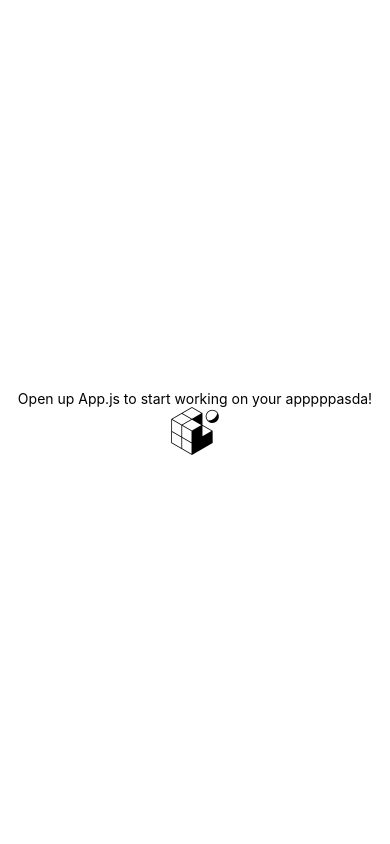
Repository: ntu34543/ReactNativeAndroid
Screen: /
The author's editor kept a copy of each file at every save. The screen is drawn from the files as they stood at one save, then again after a run of saves.
The app was drawn by React Native's web renderer in a window 390 px wide. The project was rebuilt for these pictures with package versions that can differ from the ones it lists, and the page was loaded fresh each time.

Above is the screen before, as saved 2022-09-23 16:35:47.

### App.js
import { StatusBar } from "expo-status-bar";
import { StyleSheet, Text, View, Button, Image, TextInput } from "react-native";

export default function App() {
  return (
    <View style={styles.container}>
      <Text>Open up App.js to start working on your apppppasda!</Text>
      <Image source={require("./assets/favicon.png")} />
      <View style={styles.body}>
        {/* <View>
          <TextInput style={styles.TextInput} placeholder="Email" />
          <Button title="Link" />
        </View>
        <View style={styles.btn}>
          <Button title="Link" />
        </View> */}
      </View>
      <StatusBar style="auto" />
    </View>
  );
}

const styles = StyleSheet.create({
  container: {
    flex: 1,
    backgroundColor: "#fff",
    alignItems: "center",
    justifyContent: "center",
  },
  body: {
    display: "flex",
    flexDirection: "row",
  },
  TextInput: {
    padding: 10,
    borderWidth: 1,
    borderColor: "black",
    width: 150,
  },
  btn: {
    width: 100,
  },
});

After the next 2 saves:
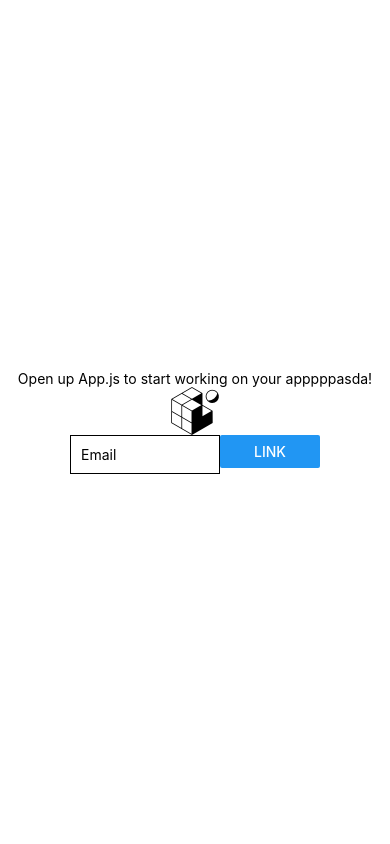
The 2 saves are shown as one change because they came seconds apart.
The last was saved 6 s later.
--- a/App.js
+++ b/App.js
@@ -7,13 +7,12 @@ export default function App() {
       <Text>Open up App.js to start working on your apppppasda!</Text>
       <Image source={require("./assets/favicon.png")} />
       <View style={styles.body}>
-        {/* <View>
+        <View>
           <TextInput style={styles.TextInput} placeholder="Email" />
-          <Button title="Link" />
         </View>
         <View style={styles.btn}>
           <Button title="Link" />
-        </View> */}
+        </View>
       </View>
       <StatusBar style="auto" />
     </View>
